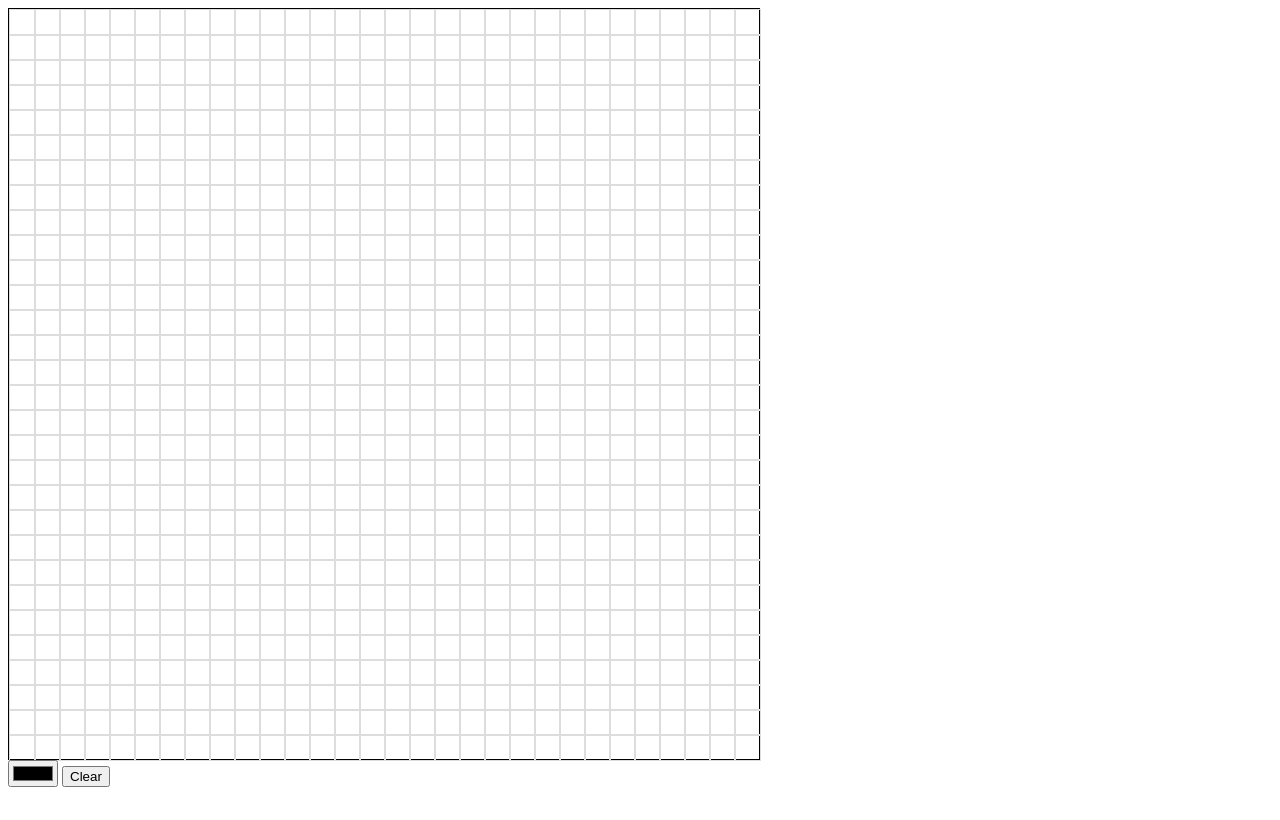
Repository: oldens/handwritten-digit-recognition
Page: index.html
An editor plug-in stored every save of this project. The page is shown before and after the next save, followed by the edit.
The browser window is 1280 px wide. The pictures show the whole page.

Above is the page before, as saved 2025-01-31 15:53:56.

### index.html
<!DOCTYPE html>
<html lang="en">
<head>
    <meta charset="UTF-8">
    <meta name="viewport" content="width=device-width, initial-scale=1.0">
    <title>Drawing App</title>
    <link rel="stylesheet" href="styles.css">
</head>
<body>
    <div id="drawing-area"></div>

    <input type="color" id="color-picker">
    <button id="clear-button">Clear</button>
    <script src="script.js"></script>
</body>
</html>

### styles.css
:root {
    --grid-size: 30;
    --cell-size: 25px;
}

#drawing-area {
    width: calc(var(--grid-size) * var(--cell-size));
    height: calc(var(--grid-size) * var(--cell-size));
    display: grid;
    grid-template-columns: repeat(var(--grid-size), var(--cell-size));
    grid-template-rows: repeat(var(--grid-size), var(--cell-size));
    border: 1px solid #000;
}

.cell {
    width: var(--cell-size)px;
    height: var(--cell-size)px;
    border: 1px solid #ddd;
}

#color-picker {
    margin-bottom: 10px;
}

#clear-button {
    margin-bottom: 25px;
}

### script.js
const drawingArea = document.getElementById('drawing-area');
const colorPicker = document.getElementById('color-picker');
const clearButton = document.getElementById('clear-button');


const rootStyles = getComputedStyle(document.documentElement);



const numRows = parseInt(rootStyles.getPropertyValue('--grid-size'));
const numCols = parseInt(rootStyles.getPropertyValue('--grid-size'));
const cellSize = parseInt(rootStyles.getPropertyValue('--cell-size'));

let drawingData = Array.from({ length: numRows }, () => Array(numCols).fill('#FFFFFF'));

function createDrawingArea() {
    for (let row = 0; row < numRows; row++) {
        for (let col = 0; col < numCols; col++) {
            const cell = document.createElement('div');
            cell.classList.add('cell');
            cell.style.width = `${cellSize}px`;
            cell.style.height = `${cellSize}px`;
            cell.addEventListener('mousedown', () => drawCell(row, col));
            cell.addEventListener('mousemove', (event) => {
                if (isMouseDown) {
                    drawCell(row, col);
                }
            });
            drawingArea.appendChild(cell);
        }
    }
}

function drawCell(row, col) {
    const color = colorPicker.value;
    drawingData[row][col] = color;
    const cell = drawingArea.children[row * numCols + col];
    cell.style.backgroundColor = color;
}

function clearDrawingArea() {
    drawingData = Array.from({ length: numRows }, () => Array(numCols).fill('#FFFFFF'));
    for (let i = 0; i < drawingArea.children.length; i++) {
        drawingArea.children[i].style.backgroundColor = '#FFFFFF';
    }
}

colorPicker.addEventListener('input', (event) => {
    colorPicker.value = event.target.value;
});

clearButton.addEventListener('click', clearDrawingArea);

createDrawingArea();

let isMouseDown = false;

drawingArea.addEventListener('mousedown', (event) => {
    if (event.button === 0) { // Check if the left mouse button is pressed
        isMouseDown = true;
    }
});

drawingArea.addEventListener('mousemove', (event) => {
    if (isMouseDown) {
        const cell = event.target;
        const row = Math.floor(cell.offsetTop / cellSize);
        const col = Math.floor(cell.offsetLeft / cellSize);
        drawCell(row, col);
    }
});

drawingArea.addEventListener('mouseup', (event) => {
    if (event.button === 0) { // Check if the left mouse button is released
        isMouseDown = false;
    }
});

drawingArea.addEventListener('mouseleave', () => {
    isMouseDown = false; // Reset if the mouse leaves the element
});

After the next save:
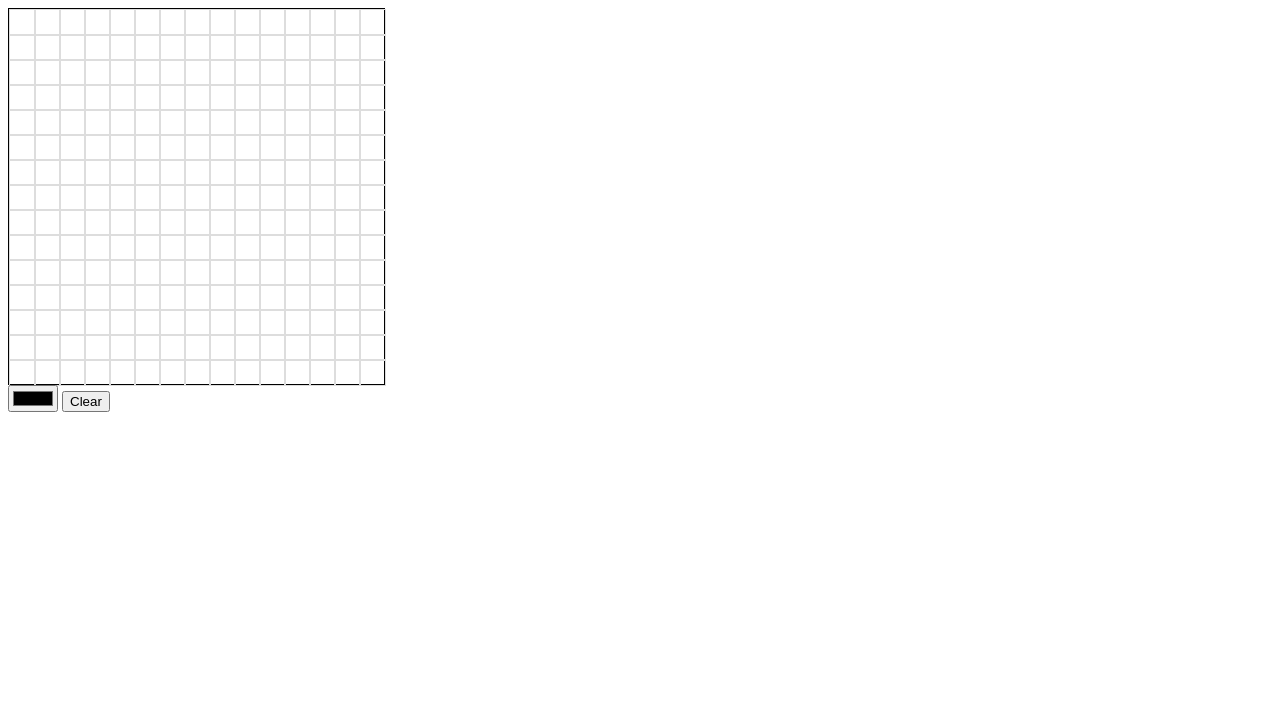
Saved 3 min 55 s later.
--- a/styles.css
+++ b/styles.css
@@ -1,5 +1,5 @@
 :root {
-    --grid-size: 30;
+    --grid-size: 15;
     --cell-size: 25px;
 }
 

After the save that followed:
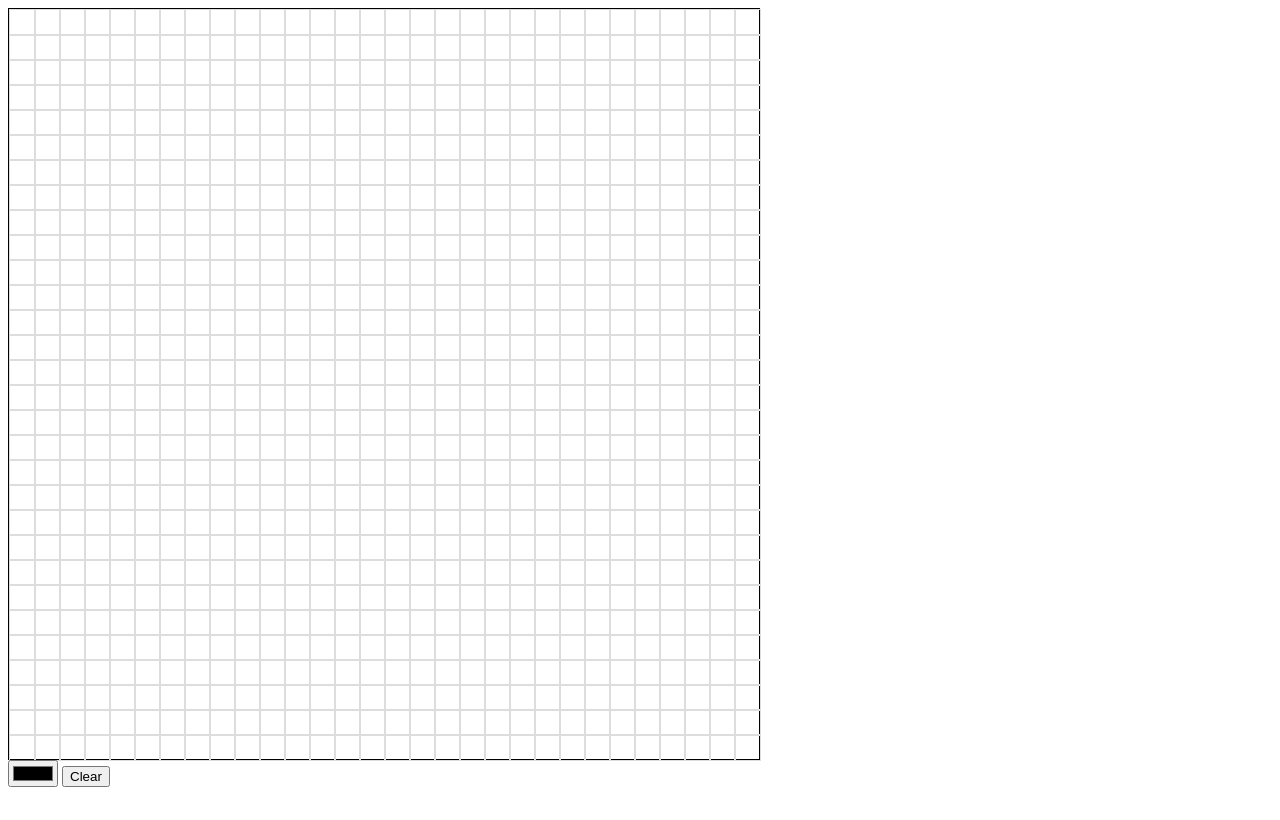
Saved 15 s later.
--- a/styles.css
+++ b/styles.css
@@ -1,5 +1,5 @@
 :root {
-    --grid-size: 15;
+    --grid-size: 30;
     --cell-size: 25px;
 }
 
@@ -14,7 +14,7 @@
 
 .cell {
     width: var(--cell-size)px;
-    height: var(--cell-size)px;
+    height: 5px;
     border: 1px solid #ddd;
 }
 
